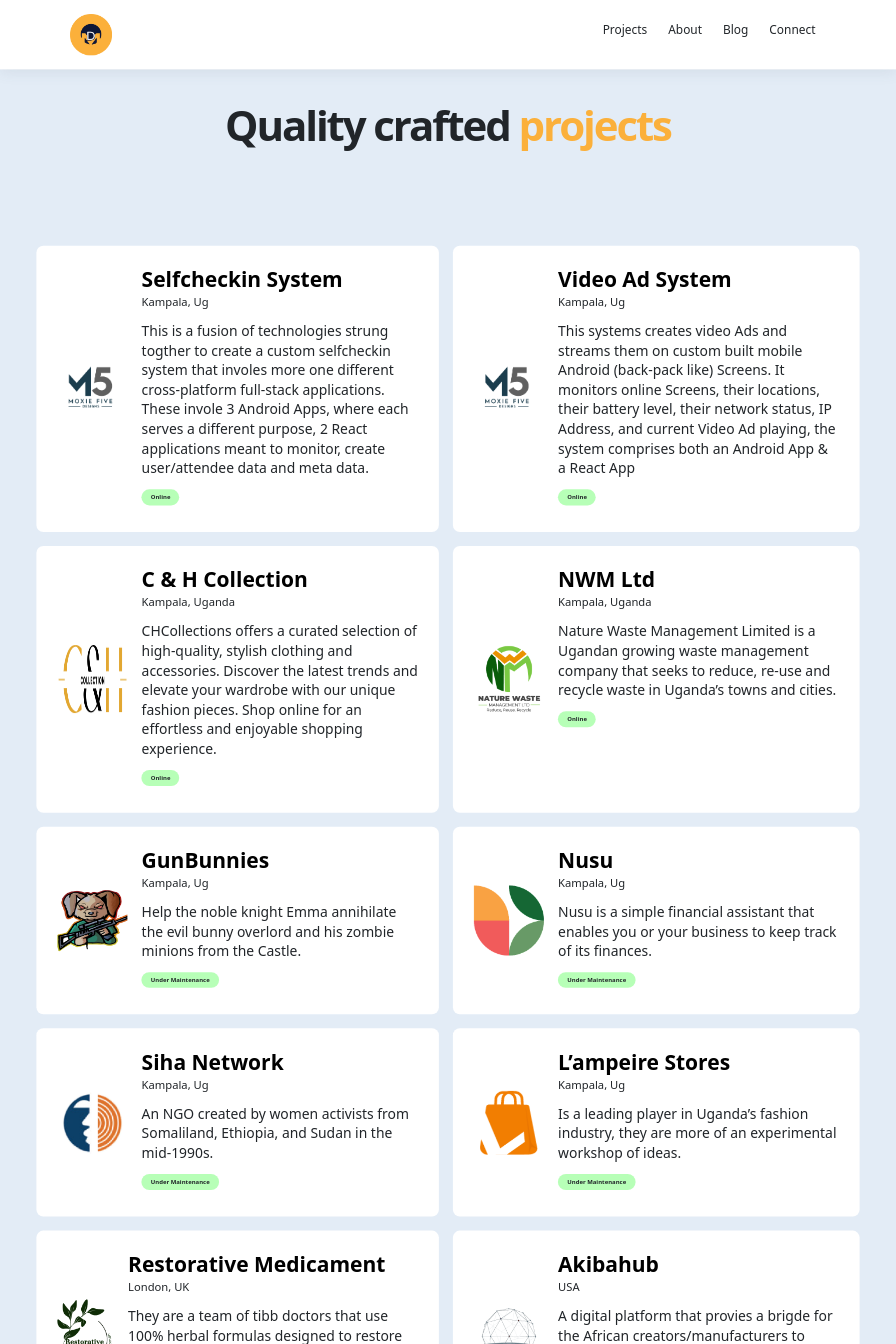
Repository: kaizoku010/firebrand
Page: /apps
The author's editor kept a copy of each file at every save. The page is drawn from the files as they stood at one save, then again after a run of saves.
The browser window is 1280 px wide. The pictures show the part of the page from y = 0 to 1920 px (the page is 3893 px tall), at 70% of full size.
The project was rebuilt for these pictures with package versions that can differ from the ones it lists, and the page was loaded fresh each time. Also part of the build but not shown: vite.config.js, src/update/homescreen.css, src/update/homescreen.js, src/update/blog.css, src/update/blog.js, src/update/connect.css, src/update/connect.js. Imported but missing from the stored project, and not drawn on this page: src/update/about.js.

Above is the page before, as saved 2024-05-27 14:45:20.

After the next 4 saves:
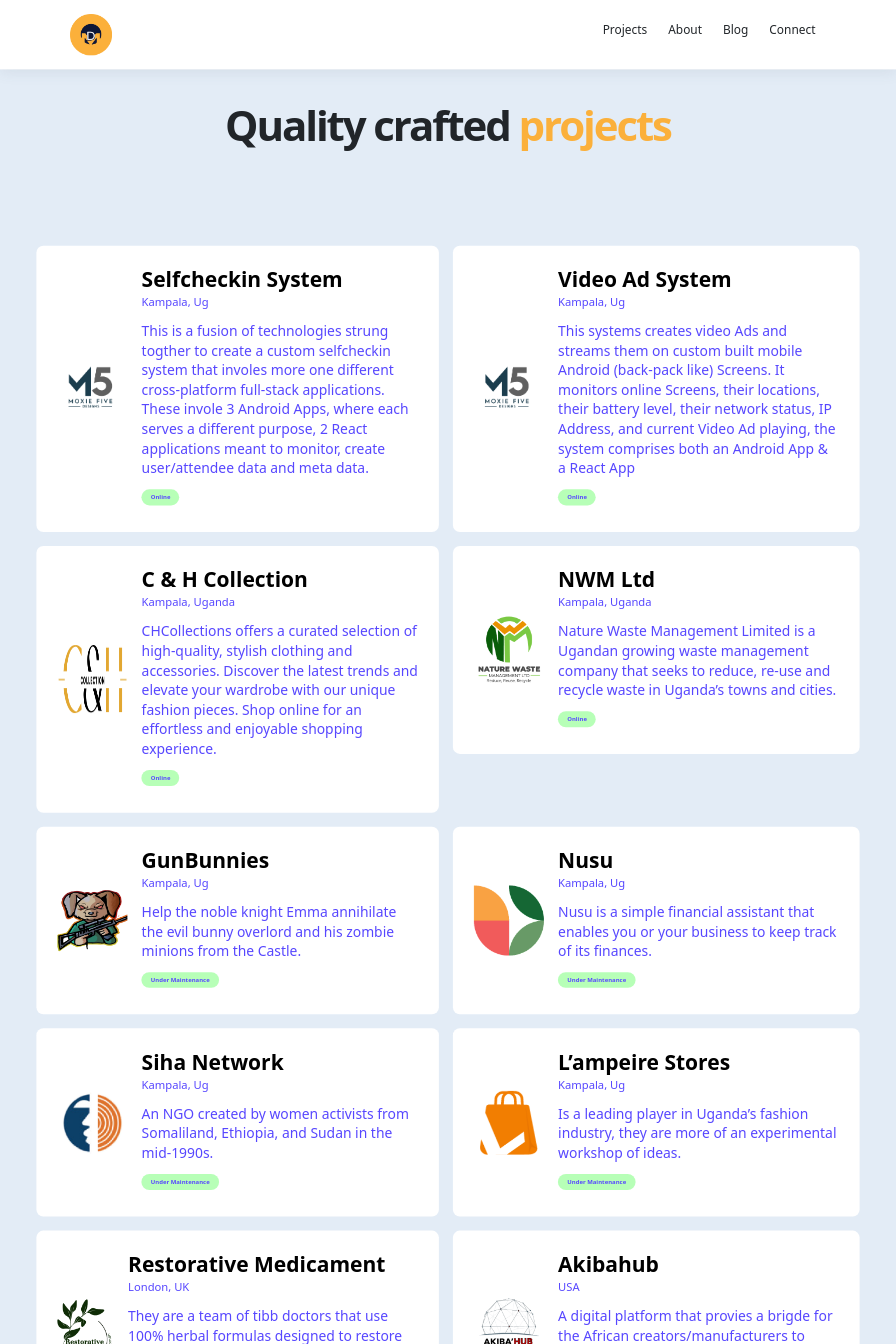
The 4 saves are shown as one change because 3 did not build or start.
The last was saved 20 min 1 s later.
--- a/src/update/appsPage.js
+++ b/src/update/appsPage.js
@@ -22,13 +22,13 @@
         <ul className="sites-list">
           {projectsData.allProjects.map((project) => (
             <li key={project.id} className="sites">
+                               <Link className='link-list' to={project.link} target="_blank">
 
               <div className="top-element">
                 <img className="site-logo" src={project.icon} />
                   <div className="site-text-holder">
-                       <Link className='link-list' to={project.link} target="_blank">
+                       {/* <Link className='link-list' to={project.link} target="_blank">    */}
                     <h1 className="site-title">{project.title}</h1>
-                        </Link>
                         <p>{project.location}</p>
                   <h2 className="site-desc">{project.desc}</h2>
                   <div className="chip-layout">
@@ -43,6 +43,7 @@
                   </div>
                 </div>
               </div>
+              </Link>
 
             </li>
           ))}
